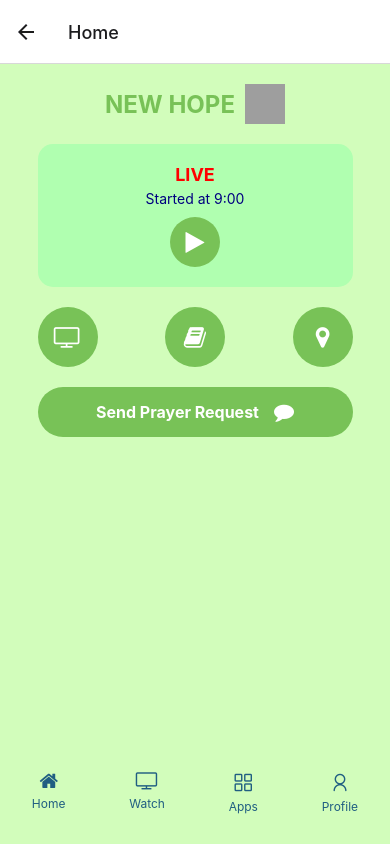
Repository: AbrahamM007/NewHopeChurchApp
Screen: /Home
The author's editor kept a copy of each file at every save. The screen is drawn from the files as they stood at one save, then again after a run of saves.
Pictures or frames that could not be fetched are drawn as grey boxes. The app was drawn by React Native's web renderer in a window 390 px wide. The project was rebuilt for these pictures with package versions that can differ from the ones it lists, and the page was loaded fresh each time. Some packages were replaced by stand-ins written for this rebuild. Also part of the build but not shown: screens/SignUpScreen.js.

Above is the screen before, as saved 2024-10-21 17:07:06.

After the next 3 saves:
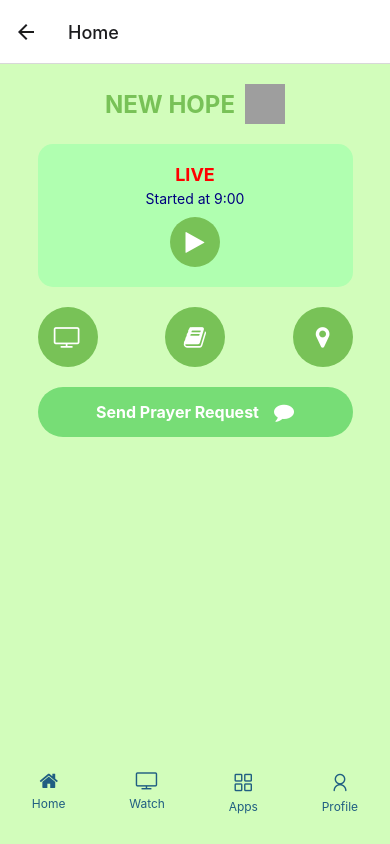
The 3 saves are shown as one change because they came seconds apart.
The last was saved 2 min 10 s later.
--- a/screens/HomeScreen.js
+++ b/screens/HomeScreen.js
@@ -135,7 +135,7 @@ const styles = StyleSheet.create({
     justifyContent: 'center',
   },
   prayerButton: {
-    backgroundColor: '#78C257',
+    backgroundColor: '#77DD76',
     padding: 15,
     borderRadius: 25,
     marginBottom: 20,
